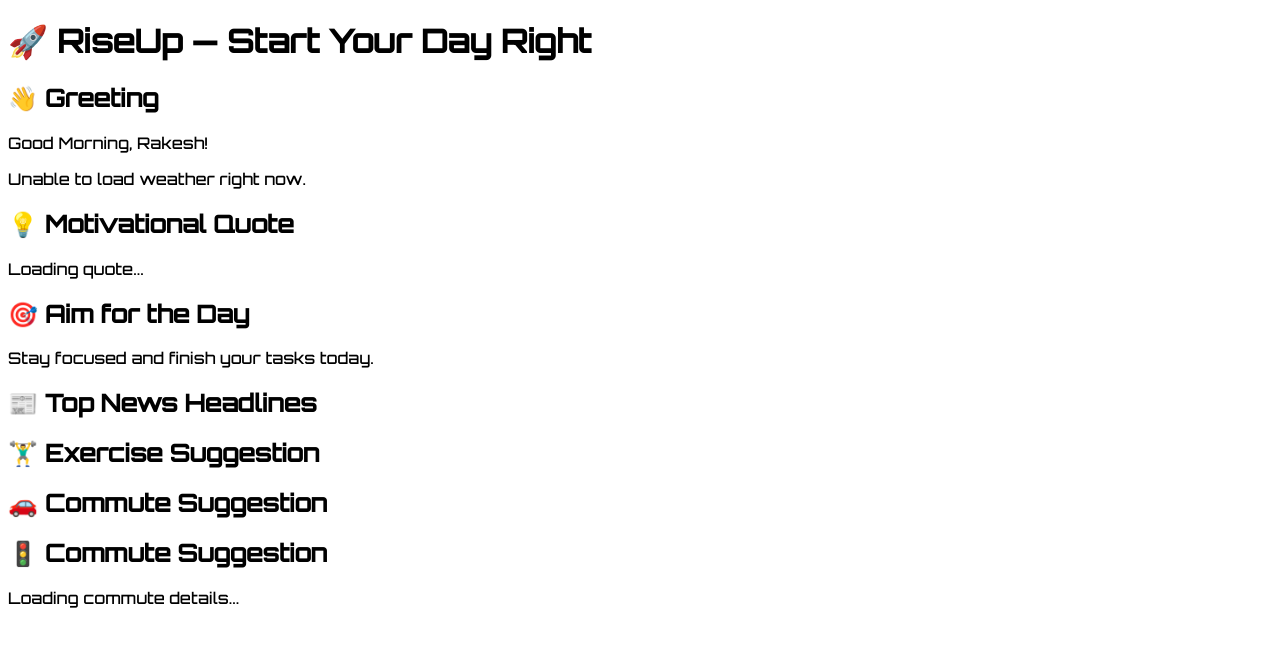
Repository: rakeshkumar1012/riseup
Page: /
An editor plug-in stored every save of this project. The page is shown before and after the next save, followed by the edit.
The browser window is 1280 px wide. The pictures show the whole page.
The page's requests for data from a server got no answer. The project was rebuilt for these pictures with package versions that can differ from the ones it lists, and the page was loaded fresh each time. No one was signed in, and anything a server would have sent is missing.

Above is the page before, as saved 2025-07-05 03:56:15.

### public/index.html
<!DOCTYPE html>
<html lang="en">
  <head>
    <meta charset="utf-8" />
    <link rel="icon" href="%PUBLIC_URL%/favicon.ico" />
    <meta name="viewport" content="width=device-width, initial-scale=1" />
    <meta name="theme-color" content="#000000" />
    <meta
      name="description"
      content="Web site created using create-react-app"
    />
    <link rel="apple-touch-icon" href="%PUBLIC_URL%/logo192.png" />
    <!--
      manifest.json provides metadata used when your web app is installed on a
      user's mobile device or desktop. See https://developers.google.com/web/fundamentals/web-app-manifest/
    -->
    <link rel="manifest" href="%PUBLIC_URL%/manifest.json" />
    <!--
      Notice the use of %PUBLIC_URL% in the tags above.
      It will be replaced with the URL of the `public` folder during the build.
      Only files inside the `public` folder can be referenced from the HTML.

      Unlike "/favicon.ico" or "favicon.ico", "%PUBLIC_URL%/favicon.ico" will
      work correctly both with client-side routing and a non-root public URL.
      Learn how to configure a non-root public URL by running `npm run build`.
    -->
      <link href="https://fonts.googleapis.com/css2?family=Orbitron:wght@500&display=swap" rel="stylesheet">

    <title>React App</title>
  </head>
  <body>
    <noscript>You need to enable JavaScript to run this app.</noscript>
    <div id="root"></div>
    <!--
      This HTML file is a template.
      If you open it directly in the browser, you will see an empty page.

      You can add webfonts, meta tags, or analytics to this file.
      The build step will place the bundled scripts into the <body> tag.

      To begin the development, run `npm start` or `yarn start`.
      To create a production bundle, use `npm run build` or `yarn build`.
    -->
  </body>
</html>

### src/index.css
/* src/index.css */
@tailwind base;
@tailwind components;
@tailwind utilities;

body {
  @apply bg-gradient-to-br from-[#0f0c29] via-[#302b63] to-[#24243e] text-white min-h-screen;
  font-family: 'Orbitron', sans-serif;
}


/*body {
  margin: 0;
  font-family: -apple-system, BlinkMacSystemFont, 'Segoe UI', 'Roboto', 'Oxygen',
    'Ubuntu', 'Cantarell', 'Fira Sans', 'Droid Sans', 'Helvetica Neue',
    sans-serif;
  -webkit-font-smoothing: antialiased;
  -moz-osx-font-smoothing: grayscale;
}*/

code {
  font-family: source-code-pro, Menlo, Monaco, Consolas, 'Courier New',
    monospace;
}

### src/App.js
import Weather from "./components/Weather";
import Quote from "./components/Quote";
import Task from "./components/Task";
import News from "./components/News";
import Exercise from "./components/Exercise";
import Commute from "./components/Commute";
function App() {
  return (
    <div className="min-h-screen flex flex-col justify-center items-center bg-gradient-to-br from-blue-950 via-gray-900 to-black text-white px-4 py-10">
      <h1 className="text-4xl font-bold mb-10 text-center text-cyan-300 animate-pulse">
        🚀 RiseUp — Start Your Day Right
      </h1>

      <div className="w-full max-w-4xl space-y-6">
        {/* Greeting */}
        <Section title="👋 Greeting" gradient="from-purple-500 to-pink-500">
          <p className="text-white/90">Good Morning, Rakesh!</p>
        </Section>





          <Weather />

        {/* Quote */}
        <Section title="💡 Motivational Quote" gradient="from-yellow-400 to-orange-500">
          <Quote />
        </Section>

        {/* Daily Task */}
        <Section title="🎯 Aim for the Day" gradient="from-green-400 to-lime-500">
          <p className="text-white/90">Stay focused and finish your tasks today.</p>
          <Task />
        </Section>

        {/* News */}


          <News/>


        {/* Exercise */}
        <Section title="🏋️‍♂️ Exercise Suggestion" gradient="from-indigo-500 to-purple-700">
          <Exercise/>

        </Section>

        {/* Commute */}
        <Section title="🚗 Commute Suggestion" gradient="from-sky-500 to-blue-600">
         <Commute />
        </Section>
      </div>
    </div>
  );
}

// Reusable Box Component
function Section({ title, gradient, children }) {
  return (
    <div
      className={`rounded-xl shadow-lg p-6 bg-gradient-to-r ${gradient} transition duration-300 hover:scale-[1.02]`}
    >
      <h2 className="text-2xl font-semibold mb-2">{title}</h2>
      <div className="text-lg">{children}</div>
    </div>
  );
}

export default App;

### src/components/Weather.js
import { useState, useEffect } from "react";

function Weather() {
  const [weather, setWeather] = useState(null);
  const [loading, setLoading] = useState(true);

  const API_KEY = "5095941ff89867f82f0a96500b2787cc"; // 🔁 replace with your real API key
  const CITY = "Hyderabad"; // or use navigator.geolocation for dynamic city

  useEffect(() => {
    async function fetchWeather() {
      try {
        const response = await fetch(
          `https://api.openweathermap.org/data/2.5/weather?q=${CITY}&appid=${API_KEY}&units=metric`
        );
        const data = await response.json();
        setWeather(data);
        setLoading(false);
      } catch (error) {
        console.error("Weather fetch error:", error);
        setLoading(false);
      }
    }

    fetchWeather();
  }, []);

  if (loading) return <p>Loading weather data...</p>;
  if (!weather || weather.cod !== 200)
    return <p>Unable to load weather right now.</p>;

  return (
    <div className="rounded-xl p-6 bg-gradient-to-r from-blue-400 to-cyan-500 shadow-lg transition hover:scale-[1.02] text-white">
      <h2 className="text-2xl font-semibold mb-2">🌤️ Weather</h2>
      <p className="text-lg">
        {weather.name}: {weather.weather[0].description}
      </p>
      <p className="text-lg">
        Temperature: {weather.main.temp}°C | Feels Like:{" "}
        {weather.main.feels_like}°C
      </p>
    </div>
  );
}

export default Weather;

### src/components/Quote.js
import { useEffect, useState } from "react";

function Quote() {
  const [quote, setQuote] = useState(null);

  useEffect(() => {
    async function fetchQuote() {
      try {
        const response = await fetch("https://zenquotes.io/api/random");
        const data = await response.json();
        setQuote(data[0]);
      } catch (error) {
        console.error("Quote fetch error:", error);
      }
    }

    fetchQuote();
  }, []);

  if (!quote) return <p>Loading quote...</p>;

  return (
    <div className="rounded-xl p-6 bg-gradient-to-r from-indigo-400 to-purple-500 shadow-lg transition hover:scale-[1.02] text-white">
      <h2 className="text-2xl font-semibold mb-2">💡 Motivational Quote</h2>
      <p className="italic text-lg">"{quote.q}"</p>
      <p className="text-sm mt-2 text-right">- {quote.a}</p>
    </div>
  );
}

export default Quote;

### src/components/Task.js
import { useEffect, useState } from "react";

function Task() {
  const [task, setTask] = useState(null);

  useEffect(() => {
    async function fetchTask() {
      try {
        const response = await fetch("https://www.boredapi.com/api/activity");
        const data = await response.json();
        setTask(data);
      } catch (error) {
        console.error("Task fetch error:", error);
      }
    }

    fetchTask();
  }, []);

  if (!task)
    return (
      <div className="rounded-xl p-6 bg-gradient-to-r from-green-400 to-lime-500 shadow-lg animate-pulse h-24 text-white">
        <div className="w-3/4 h-5 bg-white/30 mb-3 rounded"></div>
        <div className="w-1/2 h-4 bg-white/20 rounded"></div>
      </div>
    );

  return (
    <div className="rounded-xl p-6 bg-gradient-to-r from-green-400 to-lime-500 shadow-lg transition hover:scale-[1.02] text-white">
      <h2 className="text-2xl font-semibold mb-2">🧠 AIM for Today</h2>
      <p className="text-lg italic">{task.activity}</p>
      <p className="text-sm mt-2">Type: {task.type}</p>
    </div>
  );
}

export default Task;

### src/components/News.js
import { useEffect, useState } from "react";

function News() {
  const [articles, setArticles] = useState([]);
  const [loading, setLoading] = useState(true);

  const API_KEY = "99a3cecda0cd43adf2d5487bd37cee1b"; // replace this
  const API_URL = `https://gnews.io/api/v4/top-headlines?lang=en&country=in&max=4&apikey=${API_KEY}`;

  useEffect(() => {
    async function fetchNews() {
      try {
        const response = await fetch(API_URL);
        const data = await response.json();
        setArticles(data.articles || []);
      } catch (err) {
        console.error("Failed to fetch news:", err);
      } finally {
        setLoading(false);
      }
    }

    fetchNews();
  }, []);

  if (loading) {
    return (
      <div className="bg-gradient-to-r from-amber-400 to-yellow-500 rounded-xl p-6 shadow-lg animate-pulse h-44 text-white">
        <div className="w-1/2 h-6 bg-white/30 mb-3 rounded"></div>
        <div className="w-3/4 h-4 bg-white/20 mb-1 rounded"></div>
        <div className="w-2/3 h-4 bg-white/20 rounded"></div>
      </div>
    );
  }

  return (
    <div className="rounded-xl p-6 bg-gradient-to-r from-amber-400 to-yellow-500 text-white shadow-lg transition hover:scale-[1.02]">
      <h2 className="text-2xl font-semibold mb-4">📰 Top News Headlines</h2>
      <ul className="space-y-3">
        {articles.map((article, idx) => (
          <li key={idx}>
            <a
              href={article.url}
              target="_blank"
              rel="noopener noreferrer"
              className="block text-lg hover:underline"
            >
              {idx + 1}. {article.title}
            </a>
          </li>
        ))}
      </ul>
    </div>
  );
}

export default News;

### src/components/Exercise.js
import { useEffect, useState } from "react";

function Exercise() {
  const [exercise, setExercise] = useState(null);

  useEffect(() => {
    async function fetchExercise() {
      try {
        const response = await fetch(
          "https://wger.de/api/v2/exercise/?language=2&limit=20"
        );
        const data = await response.json();
        const filtered = data.results.filter((ex) => ex.description && ex.name.length < 40);
        const random = filtered[Math.floor(Math.random() * filtered.length)];
        setExercise(random);
      } catch (error) {
        console.error("Exercise fetch error:", error);
      }
    }

    fetchExercise();
  }, []);

  if (!exercise) {
    return (
      <div className="bg-gradient-to-r from-cyan-400 to-blue-500 rounded-xl p-6 shadow-lg animate-pulse h-32 text-white">
        <div className="w-1/2 h-6 bg-white/30 mb-3 rounded"></div>
        <div className="w-3/4 h-4 bg-white/20 mb-1 rounded"></div>
      </div>
    );
  }

  return (
    <div className="rounded-xl p-6 bg-gradient-to-r from-cyan-400 to-blue-500 text-white shadow-lg transition hover:scale-[1.02]">
      <h2 className="text-2xl font-semibold mb-2">🏃 Exercise for Today</h2>
      <p className="text-lg font-bold">{exercise.name}</p>
      <div
        className="text-sm mt-2"
        dangerouslySetInnerHTML={{ __html: exercise.description }}
      />
    </div>
  );
}

export default Exercise;

### src/components/Commute.js
import { useEffect, useState } from "react";

function Commute() {
  const [duration, setDuration] = useState(null);
  const [leaveTime, setLeaveTime] = useState("");
  const [mode, setMode] = useState("");

  useEffect(() => {
    const fetchCommuteTime = async () => {
      const apiKey = "eyJvcmciOiI1YjNjZTM1OTc4NTExMTAwMDFjZjYyNDgiLCJpZCI6IjVlOGE3M2RkYTYzNjQ1YThiMTQ5ZWNmNzJlMzk3OGUyIiwiaCI6Im11cm11cjY0In0=";
      const url = "https://api.openrouteservice.org/v2/directions/driving-car";
      const body = {
        coordinates: [
          [77.6101, 12.9166], // BTM Layout (lng, lat)
          [77.6170, 12.9250], // Madiwala
        ],
      };

      try {
        const response = await fetch(url, {
          method: "POST",
          headers: {
            "Authorization": apiKey,
            "Content-Type": "application/json",
          },
          body: JSON.stringify(body),
        });

        const data = await response.json();
        const seconds = data.routes[0].summary.duration;
        const mins = Math.round(seconds / 60);
        setDuration(mins);

        // Calculate leave time
        const arrival = new Date();
        arrival.setHours(9, 0, 0, 0); // 9:00 AM
        const leave = new Date(arrival.getTime() - mins * 60000);
        const leaveFormatted = leave.toLocaleTimeString([], { hour: "2-digit", minute: "2-digit" });
        setLeaveTime(leaveFormatted);

        // Suggest transport mode
        if (mins <= 10) setMode("🛵 Take a Bike Taxi");
        else if (mins <= 20) setMode("🚗 Take a Cab or Auto");
        else setMode("🚌 Take a Public Bus (Traffic Alert)");
      } catch (err) {
        console.error("Commute API error:", err);
      }
    };

    fetchCommuteTime();
  }, []);

  return (
    <div className="rounded-xl p-6 bg-gradient-to-r from-pink-500 to-red-500 text-white shadow-lg transition hover:scale-[1.02]">
      <h2 className="text-2xl font-semibold mb-2">🚦 Commute Suggestion</h2>
      {duration ? (
        <>
          <p className="text-lg">Estimated Travel Time: <strong>{duration} mins</strong></p>
          <p className="text-lg">🎯 To reach by <strong>9:00 AM</strong>, leave by <strong>{leaveTime}</strong></p>
          <p className="text-lg mt-2">{mode}</p>
        </>
      ) : (
        <p>Loading commute details...</p>
      )}
    </div>
  );
}

export default Commute;

Loaded but not shown: src/index.js (common file); src/reportWebVitals.js (common file)

After the next save:
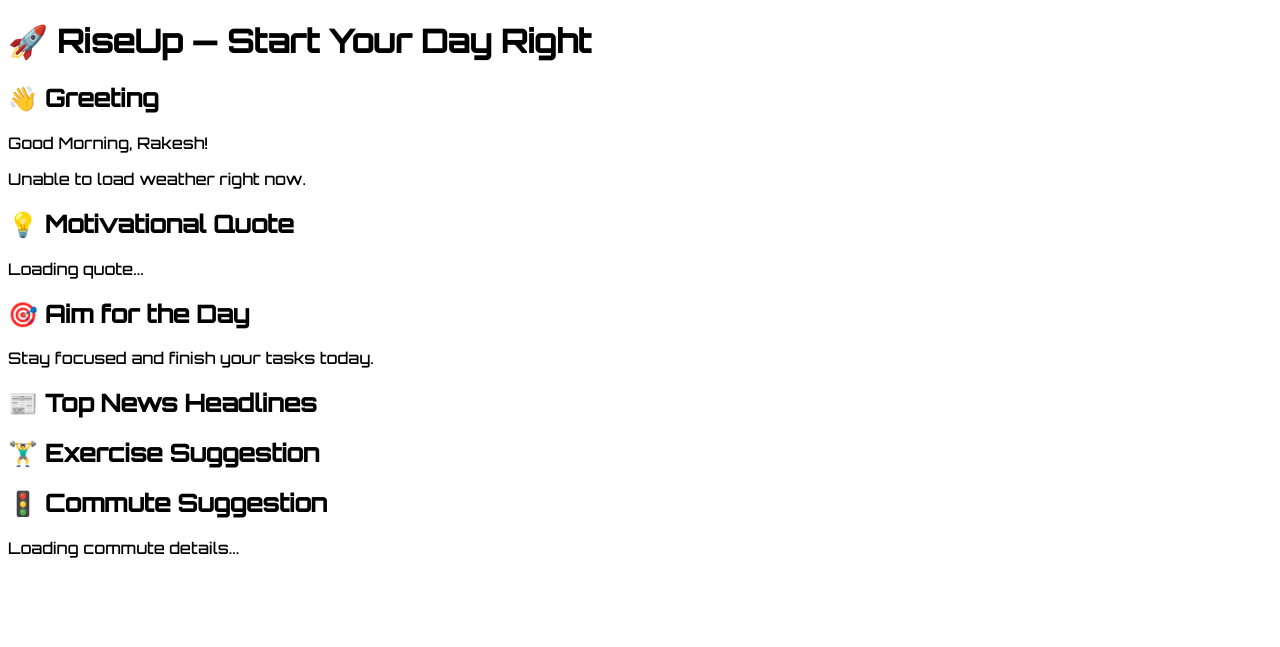
Saved 51 s later.
--- a/src/App.js
+++ b/src/App.js
@@ -47,9 +47,7 @@ function App() {
         </Section>
 
         {/* Commute */}
-        <Section title="🚗 Commute Suggestion" gradient="from-sky-500 to-blue-600">
          <Commute />
-        </Section>
       </div>
     </div>
   );
